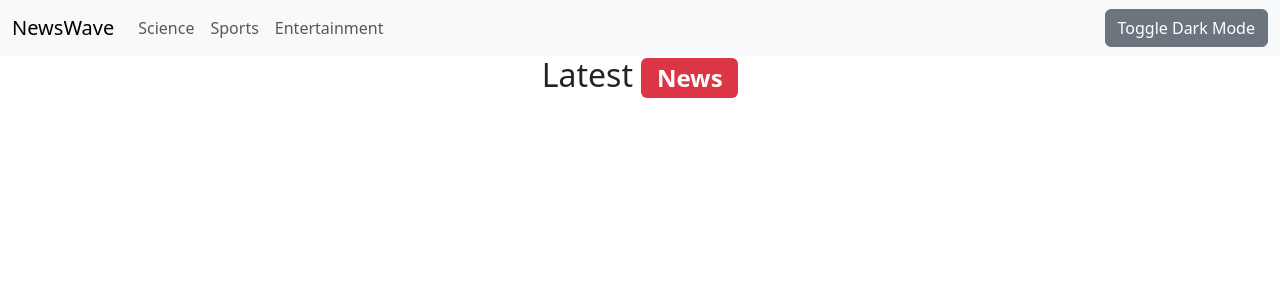
Repository: PranjalTripathi2003/news-wave
Page: /
The author's editor kept a copy of each file at every save. The page is drawn from the files as they stood at one save, then again after the next save.
The browser window is 1280 px wide. The pictures show the whole page.
The page's requests for data from a server got no answer. The project was rebuilt for these pictures with package versions that can differ from the ones it lists, and the page was loaded fresh each time. No one was signed in, and anything a server would have sent is missing. Also part of the build but not shown: vite.config.js, src/styles/NewsItem.css, src/components/NewsItem.jsx, src/styles/DarkMode.css.

Above is the page before, as saved 2024-07-26 11:21:06.

### index.html
<!DOCTYPE html>
<html lang="en">
  <head>
    <meta charset="UTF-8" />
    <meta name="viewport" content="width=device-width, initial-scale=1.0" />
    <title>NewsWave</title>
    <link
      href="https://cdn.jsdelivr.net/npm/bootstrap@5.3.3/dist/css/bootstrap.min.css"
      rel="stylesheet"
      integrity="sha384-QWTKZyjpPEjISv5WaRU9OFeRpok6YctnYmDr5pNlyT2bRjXh0JMhjY6hW+ALEwIH"
      crossorigin="anonymous"
    />
    <link rel="icon" href="data:[embedded picture, 141 characters]">
  </head>
  <body>
    <div id="root"></div>
    <script type="module" src="/src/main.jsx"></script>
    <script
      src="https://cdn.jsdelivr.net/npm/bootstrap@5.3.3/dist/js/bootstrap.bundle.min.js"
      integrity="sha384-YvpcrYf0tY3lHB60NNkmXc5s9fDVZLESaAA55NDzOxhy9GkcIdslK1eN7N6jIeHz"
      crossorigin="anonymous"
    ></script>
  </body>
</html>

### src/App.jsx
import React, { useState, useEffect } from "react";
import Navbar from "./components/Navbar";
import NewsBoard from "./components/NewsBoard";
import "./styles/DarkMode.css";

const App = () => {
  const [category, setCategory] = useState("general");
  const [darkMode, setDarkMode] = useState(false);

  const toggleDarkMode = () => {
    setDarkMode(!darkMode);
  };

  useEffect(() => {
    document.body.className = darkMode ? "dark-mode" : "light-mode";
  }, [darkMode]);

  return (
    <>
      <Navbar
        setCategory={setCategory}
        darkMode={darkMode}
        toggleDarkMode={toggleDarkMode}
      />
      <NewsBoard category={category} darkMode={darkMode} />
    </>
  );
};

export default App;

### src/components/Navbar.jsx
import React from "react";
import "../styles/Navbar.css"; // Adjust the path as necessary

const Navbar = ({ setCategory, toggleDarkMode }) => {
  return (
    <nav className="navbar navbar-expand-lg navbar-light bg-light">
      <div className="container-fluid">
        <a className="navbar-brand" href="#">
          NewsWave
        </a>
        <button
          className="navbar-toggler"
          type="button"
          data-bs-toggle="collapse"
          data-bs-target="#navbarNav"
          aria-controls="navbarNav"
          aria-expanded="false"
          aria-label="Toggle navigation"
        >
          <span className="navbar-toggler-icon"></span>
        </button>
        <div className="collapse navbar-collapse" id="navbarNav">
          <ul className="navbar-nav">
            <li className="nav-item">
              <div className="nav-link" onClick={() => setCategory("science")}>
                Science
              </div>
            </li>
            <li className="nav-item">
              <div className="nav-link" onClick={() => setCategory("sports")}>
                Sports
              </div>
            </li>
            <li className="nav-item">
              <div
                className="nav-link"
                onClick={() => setCategory("entertainment")}
              >
                Entertainment
              </div>
            </li>
          </ul>
          <button
            className="btn btn-secondary ms-auto"
            onClick={toggleDarkMode}
          >
            Toggle Dark Mode
          </button>
        </div>
      </div>
    </nav>
  );
};

export default Navbar;

### src/components/NewsBoard.jsx
import React, { useEffect, useState } from "react";
import NewsItem from "./NewsItem";
import Spinner from "./Spinner";

const NewsBoard = ({ category, darkMode }) => {
  const [articles, setArticles] = useState([]);
  const [loading, setLoading] = useState(true);

  useEffect(() => {
    setLoading(true);
    let url = `https://newsapi.org/v2/top-headlines?country=in&category=${category}&apiKey=${
      import.meta.env.VITE_API_KEY
    }`;
    fetch(url).then((response) => {
      response.json().then((data) => {
        setArticles(data.articles);
        setLoading(false);
      });
    });
  }, [category]);

  return (
    <div className={darkMode ? "dark-mode" : "light-mode"}>
      <h2 className="text-center">
        Latest <span className="badge bg-danger">News</span>
      </h2>
      {loading ? (
        <Spinner />
      ) : (
        articles.map((news, index) => {
          return (
            <NewsItem
              key={index}
              title={news.title}
              description={news.description}
              src={news.urlToImage}
              url={news.url}
              darkMode={darkMode} // Pass dark mode state
            />
          );
        })
      )}
    </div>
  );
};

export default NewsBoard;

### src/styles/Navbar.css
.nav-link {
  cursor: pointer;
}

### src/components/Spinner.jsx
import React from "react";
import "../styles";

const Spinner = () => {
  return (
    <div className="spinner">
      <div className="double-bounce1"></div>
      <div className="double-bounce2"></div>
    </div>
  );
};

export default Spinner;

### src/styles/Spinner.css
.spinner {
  width: 40px;
  height: 40px;
  position: relative;
  margin: 100px auto;
}

.double-bounce1, .double-bounce2 {
  width: 100%;
  height: 100%;
  border-radius: 50%;
  background-color: #333;
  opacity: 0.6;
  position: absolute;
  top: 0;
  left: 0;
  animation: sk-bounce 2.0s infinite ease-in-out;
}

.double-bounce2 {
  animation-delay: -1.0s;

}

@keyframes sk-bounce {
  0%, 100% { transform: scale(0.0) }
  50% { transform: scale(1.0) }
}

Loaded but not shown: src/main.jsx (common file)

After the next save:
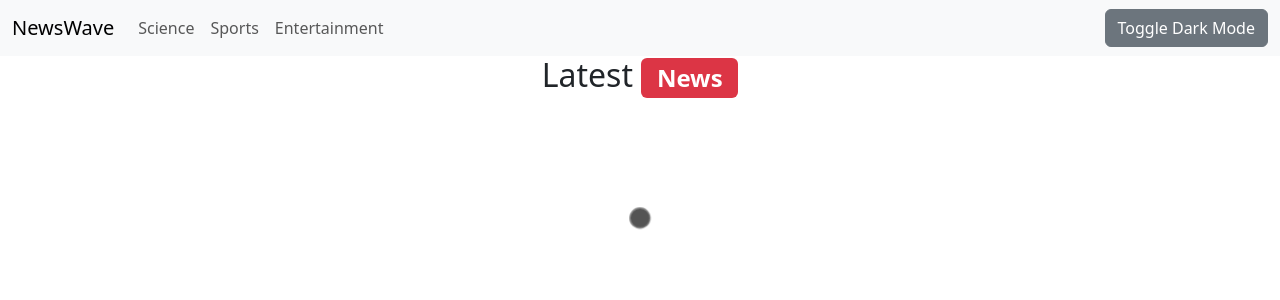
Saved 5 s later.
--- a/src/components/Spinner.jsx
+++ b/src/components/Spinner.jsx
@@ -1,5 +1,5 @@
 import React from "react";
-import "../styles";
+import "../styles/Spinner.css";
 
 const Spinner = () => {
   return (
